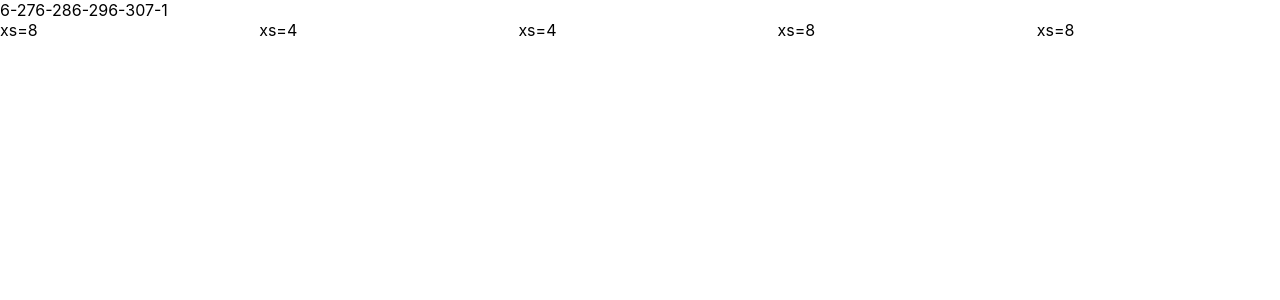
Repository: lplsz/Visionaries
Page: /test (app in frontend/)
The author's editor kept a copy of each file at every save. The page is drawn from the files as they stood at one save, then again after the next save.
The browser window is 1280 px wide. The pictures show the whole page.
The project was rebuilt for these pictures with package versions that can differ from the ones it lists, and the page was loaded fresh each time. Also part of the build but not shown: frontend/src/Main.jsx, frontend/src/component/HomeCard.jsx, frontend/src/component/StudentHeader.jsx, frontend/src/component/QACard.jsx, frontend/src/page/StudentMain.jsx, frontend/src/component/ExpertHeader.jsx, frontend/src/page/ExpertMain.jsx, frontend/src/page/StudentLogin.jsx and 6 more.

Above is the page before, as saved 2022-06-30 20:11:14.

### frontend/src/App.jsx
import React from 'react';
import {
  BrowserRouter,
  Routes,
  Route
} from 'react-router-dom';

import HomePage from './page/HomePage.jsx';
import StudentMain from './page/StudentMain';
import ExpertMain from './page/ExpertMain';
import StudentProfile from './page/StudentProfile';
import ExpertProfile from './page/ExpertProfile';
import StudentLogin from './page/StudentLogin';
import ExpertLogin from './page/ExpertLogin.jsx';
import StudentRegister from './page/StudentRegister.jsx';
import ExpertRegister from './page/ExpertRegister.jsx';
import StudentQAList from './page/StudentQAList.jsx';
import QACategory from './page/QACategory'
import ExpertAva from './page/ExpertAva.jsx';
import StudentFindExpert from './page/StudentFindExpert.jsx';
import Test from './page/Test.jsx'

function App() {
  return (
    <BrowserRouter>
      <Routes>
        <Route path="/" element={<HomePage />} />
        <Route path="/student_register" element={<StudentRegister />} />
        <Route path="/student_login" element={<StudentLogin />} />
        <Route path="/contributor_register" element={<ExpertRegister />} />
        <Route path="/contributor_login" element={<ExpertLogin />} />
        <Route path="/student_main" element={<StudentMain />} />
        <Route path="/expert_main" element={<ExpertMain />} />
        <Route path="/student_profile" element={<StudentProfile />} />
        <Route path="/expert_profile" element={<ExpertProfile />} />
        <Route path="/student_QA_list" element={<StudentQAList />} />
        <Route path="/QACategory" element={<QACategory />} />
        <Route path="/expert_ava" element={<ExpertAva />} />
        <Route path="/find_expert" element={<StudentFindExpert />} />
        <Route path="/test" element={<Test />}></Route>

      </Routes>
    </BrowserRouter>
  );
}

export default App;

### frontend/src/page/HomePage.jsx
/* eslint-disable no-unused-vars */
import React from 'react';
import CssBaseline from '@mui/material/CssBaseline';
import Grid from '@mui/material/Grid';
import Typography from '@mui/material/Typography';
import GlobalStyles from '@mui/material/GlobalStyles';
import Container from '@mui/material/Container';
import { useNavigate } from 'react-router-dom';
import { Copyright } from '../Main';
import HomeCard from '../component/HomeCard';
import LoginIcon from '@mui/icons-material/Login';
import AssignmentIndIcon from '@mui/icons-material/AssignmentInd';
import background from './img/background.jpg'

const tiers = [
  {
    icon: <LoginIcon fontSize="large" color="success"/>,
    title: 'Student',
    buttonText1: 'Sign up your account',
    buttonText2: 'Register for free',
    buttonVariant: 'outlined',
    navigator1: '/student_login',
    navigator2: '/student_register'
  },
  {
    icon: <AssignmentIndIcon fontSize="large" color="secondary"/>,
    title: 'Expert',
    buttonText1: 'Sign up your account',
    buttonText2: 'Register for free',
    buttonVariant: 'outlined',
    navigator1: '/Expert_login',
    navigator2: '/Expert_register'
  },
];

function HomePage () {
  const navigate = useNavigate();
  return (
    <div style = {{backgroundImage: `url(${background})`, backgroundSize: '100% 100%'}}>
      <GlobalStyles styles={{ ul: { margin: 0, padding: 0, listStyle: 'none' } }} />
      <CssBaseline />
      <Container disableGutters maxWidth="sm" component="main" sx={{ pt: 8, pb: 6 }}>
        <Typography
          component="h1"
          variant="h1"
          align="center"
          color="white"
          gutterBottom
        >
          Welcome to Visionaries!
        </Typography>
      </Container>
      <Container maxWidth="md" component="main">
        <Grid container spacing={5} alignItems="flex-end">
          {tiers.map((tier, index) => <HomeCard key={index} tier={tier} navigate={navigate} />)}
        </Grid>
      </Container>

      <Container
        maxWidth="md"
        component="footer"
        sx={{
          mt: 8,
          py: [3, 6],
        }}
      >
      </Container>
    </div>
  );
}

export default HomePage;

### frontend/src/page/StudentProfile.jsx
const StudentProfile = () => {

}
export default StudentProfile;

### frontend/src/page/ExpertProfile.jsx
const ExpertProfile = () => {

}
export default ExpertProfile;

### frontend/src/page/StudentQAList.jsx
const StudentQAList = () => {

}
export default StudentQAList;

### frontend/src/page/Test.jsx
import React, { useState } from 'react';

import Grid from '@mui/material/Grid';

const Test = () => {
  const date = new Date('2022-06-30T00:00:00.000');
  function timeFormat(date) {
    if (!date || typeof (date) === "string") {
      this.error("参数异常，请检查...");
    }
    var y = date.getFullYear(); //年
    var m = date.getMonth() + 1; //月
    var d = date.getDate(); //日

    return m + "-" + d;
  }

  function getFirstDayOfWeek(date, i) {

    var weekday = date.getDay() || 7; //获取星期几,getDay()返回值是 0（周日） 到 6（周六） 之间的一个整数。0||7为7，即weekday的值为1-7

    date.setDate(date.getDate() - weekday + i);//往前算（weekday-1）天，年份、月份会自动变化
    return timeFormat(date);
  }
  function getDays(date) {
    const l = []
    for (let i = 1; i < 6; i++) {
      l.push(getFirstDayOfWeek(date, i))
    }
    return l
  }

  return (
    <div>
      <div> {getDays(date)}</div>
      <Grid container spacing={2}>
        <Grid item xs={2.4}>
          xs=8
        </Grid>
        <Grid item xs={2.4}>
          xs=4
        </Grid>
        <Grid item xs={2.4}>
          xs=4
        </Grid>
        <Grid item xs={2.4}>
          xs=8
        </Grid>
        <Grid item xs={2.4}>
          xs=8
        </Grid>
      </Grid>
    </div>

  );
}
export default Test;

Loaded but not shown: frontend/public/index.html (common file); frontend/src/index.jsx (common file); frontend/src/index.css (common file)

After the next save:
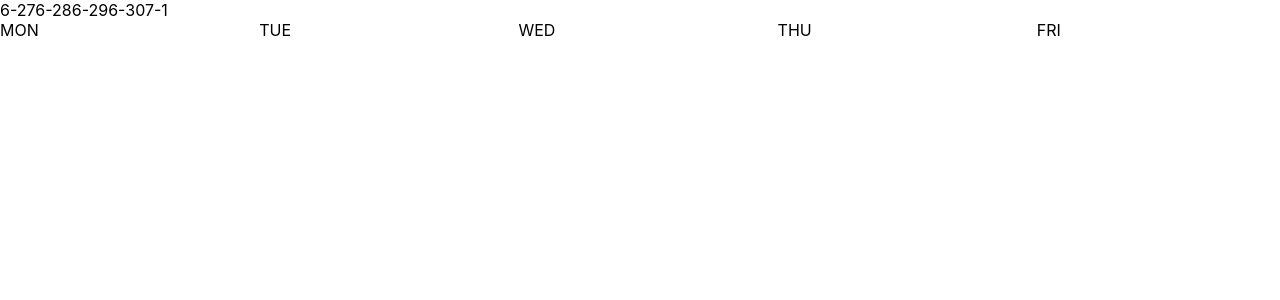
Saved 45 s later.
--- a/frontend/src/page/Test.jsx
+++ b/frontend/src/page/Test.jsx
@@ -35,19 +35,19 @@ const Test = () => {
       <div> {getDays(date)}</div>
       <Grid container spacing={2}>
         <Grid item xs={2.4}>
-          xs=8
+          MON
         </Grid>
         <Grid item xs={2.4}>
-          xs=4
+          TUE
         </Grid>
         <Grid item xs={2.4}>
-          xs=4
+          WED
         </Grid>
         <Grid item xs={2.4}>
-          xs=8
+          THU
         </Grid>
         <Grid item xs={2.4}>
-          xs=8
+          FRI
         </Grid>
       </Grid>
     </div>
